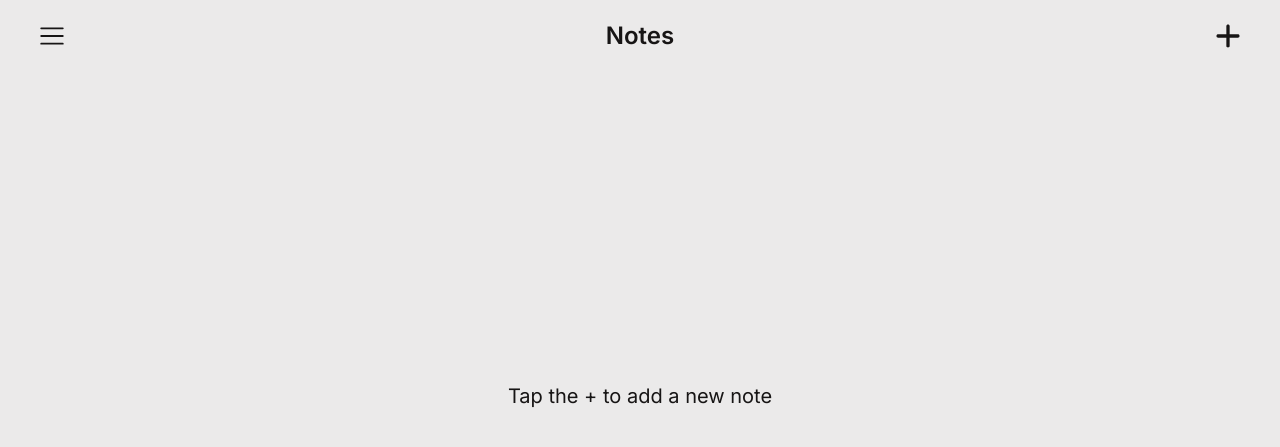
Repository: IdaHolmen/notes
Page: index.html
These files come from the project's save history. The page is drawn as it stood at one moment and after the next save; the edit follows.
The browser window is 1280 px wide. The pictures show the whole page.

Above is the page before, as saved 2024-10-28 08:25:55.

### index.html
<!DOCTYPE html>
<html lang="en">
    <head>
        <meta charset="UTF-8" />
        <meta name="viewport" content="width=device-width, initial-scale=1.0" />
        <title>Notes</title>

        <link rel="stylesheet" href="./css/reset.css" />
        <link rel="stylesheet" href="./css/style.css" />
    </head>
    <body>
        <main class="main-container">
            <section class="default-container">
                <header class="default-header">
                    <button class="hamburger-button header-buttons">
                        <img src="./assets/hamburger.svg" alt="Hamburger menu" class="hamburger-image header-images" />
                    </button>
                    <h1 class="headline">Notes</h1>
                    <button class="add-notes-button header-buttons">
                        <img
                            src="./assets/plus.svg"
                            alt="A plus sign to add notes"
                            class="add-notes-image header-images"
                        />
                    </button>
                </header>

                <div class="default-text-container">
                    <p class="default-text">Tap the + to add a new note</p>
                </div>
            </section>

            <nav class="hamburger-menu">
                <header class="hamburger-header">
                    <h2 class="headline">Settings</h2>
                    <button class="exit-button header-buttons">
                        <img src="./assets/exit.svg" alt="Exit button" class="exit-image" />
                    </button>
                </header>

                <div class="hamburger-main-container">
                    <div class="mode-container">
                        <p class="mode-text">Light mode</p>

                        <label class="switch">
                            <input type="checkbox" />
                            <span class="slider round"></span>
                        </label>

                        <p class="mode-text">Dark mode</p>
                    </div>
                </div>
            </nav>
        </main>
        <script src="app.js"></script>
    </body>
</html>

### css/reset.css
*, *::before, *::after {
	box-sizing: border-box;
  }

* {
	margin: 0;
	padding: 0;
}

body {
	line-height: 1.5;
	-webkit-font-smoothing: antialiased;
}

img, picture, video, canvas, svg {
	display: block;
	max-width: 100%;
}

input, textarea, select {
	font: inherit;
}

p, h1, h2, h3, h4, h5, h6 {
	overflow-wrap: break-word;
}

#root, #__next {
	isolation: isolate;
}

button {
	font: inherit;
	background: transparent;
	border: none;
	cursor: pointer;
	touch-action: manipulation;
}

a {
	color: inherit;
	text-decoration: none;
}

### css/style.css
@import url('https://fonts.googleapis.com/css2?family=Inter:ital,opsz,wght@0,14..32,100..900;1,14..32,100..900&display=swap');

:root {
    --primary-color: #ebeaea;
    --secondary-color: #171515;
    --dark-card-color: #3c3c3c;
    --light-card-color: #f0edc7;
}

body {
    width: 100%;
    height: 100vh;
    background-color: var(--primary-color);
    color: var(--secondary-color);
    font-family: 'Inter';
}

.main-container {
    width: 100%;
    height: 100%;
}

.default-container {
    width: 100%;
    height: 100%;
    display: flex;
    flex-direction: column;
}

.default-header {
    width: 100%;
    height: 10%;
    display: flex;
    flex-direction: row;
    align-items: center;
    justify-content: space-between;
    padding: 1rem 2rem;
}

.headline {
    font-size: 1.5rem;
    font-weight: 600;
}

.header-buttons {
    width: 2.5rem;
    height: 2.5rem;
    border-radius: 50%;
    display: flex;
    justify-content: center;
    align-items: center;
}

.header-buttons:hover {
    background-color: #d9d9d9;
}

.header-buttons:active {
    background-color: #a5a5a5;
}

.header-images {
    width: 1.5rem;
    height: 1.5rem;
}

.default-text-container {
    width: 100%;
    height: 90%;
    display: flex;
    justify-content: center;
    align-items: center;
}

.default-text {
    font-size: 1.25rem;
}

/* ------------ HAMBURGER MENU ------------  */
.hamburger-menu {
    width: 100%;
    height: 100vh;
    display: none;
    flex-direction: column;
    transition: 0.4s;
}

.hamburger-menu.is-active {
    display: flex;
}

.hamburger-header {
    width: 100%;
    height: 10%;
    display: flex;
    flex-direction: row;
    align-items: center;
    justify-content: space-between;
    padding: 1rem 2rem;
}

.exit-image {
    width: 1.25rem;
    height: 1.25rem;
}

.hamburger-main-container {
    width: 100%;
    height: 90%;
}

.mode-container {
    width: 100%;
    padding: 2rem;
    display: flex;
    flex-direction: row;
    justify-content: space-between;
    align-items: center;
}

.mode-text {
    font-size: 1.25rem;
}

.switch {
    width: 3.75rem;
    height: 2rem;
    border-radius: 2rem;
    border: 1px solid var(--secondary-color);
    display: inline-block;
    position: relative;
}

.switch input {
    opacity: 0;
    width: 0;
    height: 0;
}

.slider {
    position: absolute;
    cursor: pointer;
    top: 0;
    left: 0;
    right: 0;
    bottom: 0;
    background-color: var(--dark-card-color);
    -webkit-transition: 0.4s;
    transition: 0.4s;
}

.slider:hover {
    background: #595959;
}

.slider:before {
    position: absolute;
    content: '';
    height: 1.5rem;
    width: 1.5rem;
    left: 3px;
    bottom: 3px;
    background-color: var(--primary-color);
    -webkit-transition: 0.4s;
    transition: 0.4s;
}

input:checked + .slider {
    background-color: var(--dark-card-color);
}

input:checked + .slider:before {
    -webkit-transform: translateX(1.75rem);
    -ms-transform: translateX(1.75rem);
    transform: translateX(1.75rem);
}

.slider.round {
    border-radius: 2.125rem;
}

.slider.round:before {
    border-radius: 50%;
}

### app.js
// FETCHING ELEMENTS FROM THE DOM
const hamburgerButton = document.querySelector('.hamburger-button');
const exitButton = document.querySelector('.exit-button');
const defaultContainer = document.querySelector('.default-container');
const hamburgerMenu = document.querySelector('.hamburger-menu');

// EVENT LISTENERS
hamburgerButton.addEventListener('click', ()=> {
  defaultContainer.style.display = 'none';
  hamburgerMenu.classList.add('is-active');
});

exitButton.addEventListener('click', ()=> {
  defaultContainer.style.display = 'flex';
  hamburgerMenu.classList.remove('is-active');
});

After the next save:
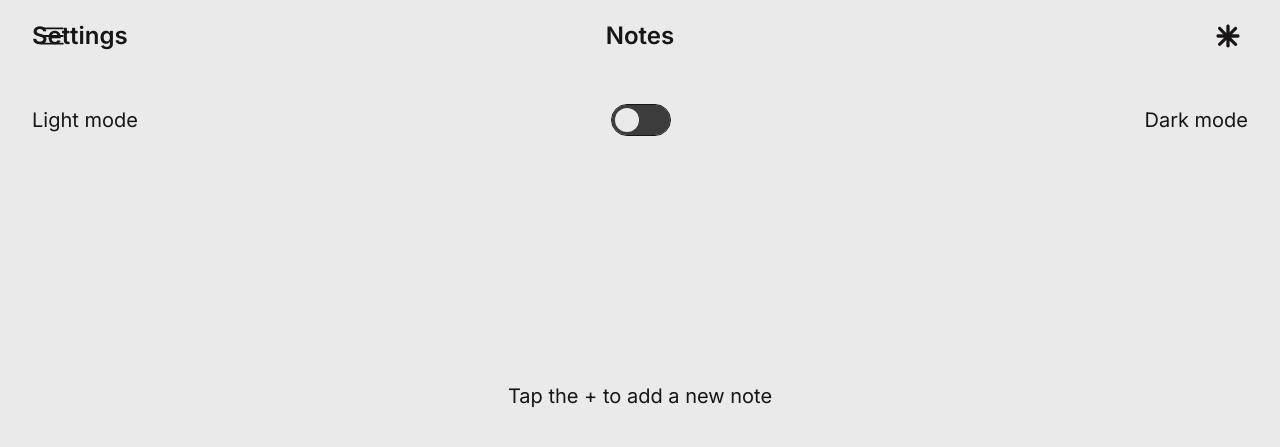
Saved 2 min 7 s later.
--- a/css/style.css
+++ b/css/style.css
@@ -80,7 +80,8 @@
 .hamburger-menu {
     width: 100%;
     height: 100vh;
-    display: none;
+    position: fixed;
+    top: 0;
     flex-direction: column;
     transition: 0.4s;
 }

After the save that followed:
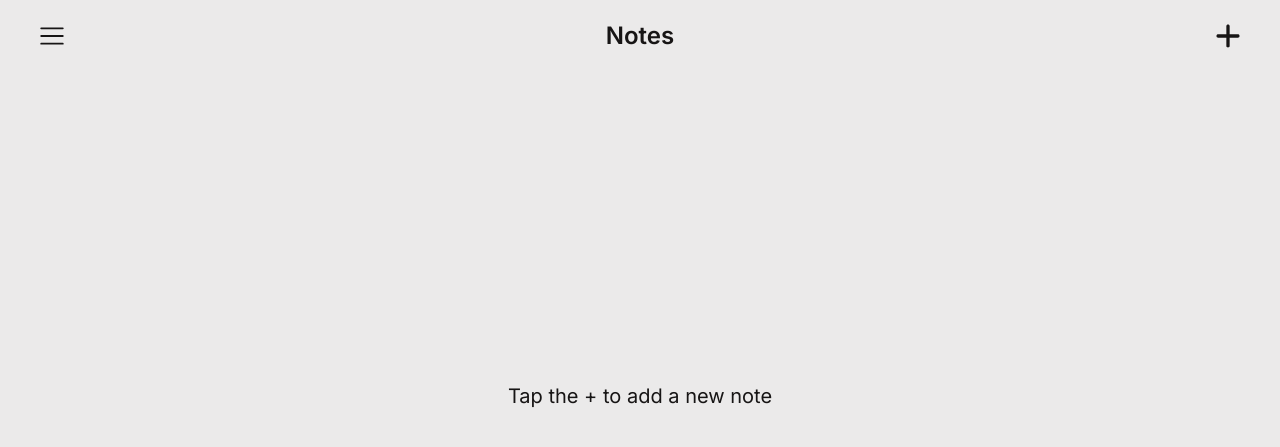
Saved 29 s later.
--- a/css/style.css
+++ b/css/style.css
@@ -82,6 +82,8 @@
     height: 100vh;
     position: fixed;
     top: 0;
+    display: flex;
+    right: -100%;
     flex-direction: column;
     transition: 0.4s;
 }
